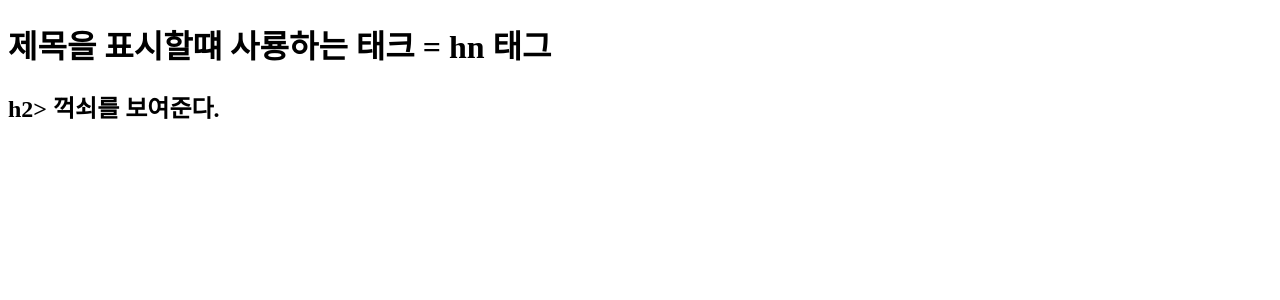
Repository: jaehyeon0418/workspace123
Page: w1024/src/main/webapp/w1024_01.html
These files come from the project's save history. The page is drawn as it stood at one moment and after the next save; the edit follows.
The browser window is 1280 px wide. The pictures show the whole page.

Above is the page before, as saved 2022-10-24 01:33:11.

### w1024/src/main/webapp/w1024_01.html
<!DOCTYPE html>
<html>
<head>
<meta charset="UTF-8">
<title>Insert title here</title>
</head>
<body>
<h1>제목을 표시할떄 사룡하는 태크 = hn 태그 </h1>
<h2> &it;h2&gt; 꺽쇠를 보여준다.</h2>
</body>
</html>

After the next save:
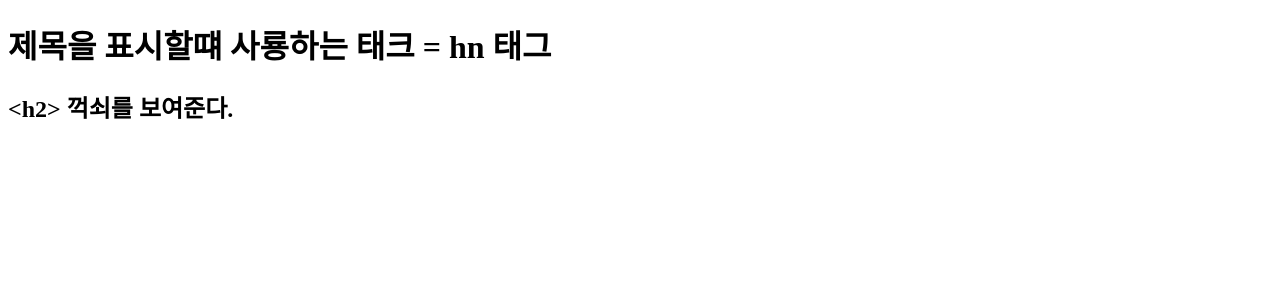
Saved 10 s later.
--- a/w1024/src/main/webapp/w1024_01.html
+++ b/w1024/src/main/webapp/w1024_01.html
@@ -6,6 +6,6 @@
 </head>
 <body>
 <h1>제목을 표시할떄 사룡하는 태크 = hn 태그 </h1>
-<h2> &it;h2&gt; 꺽쇠를 보여준다.</h2>
+<h2> &lt;h2&gt; 꺽쇠를 보여준다.</h2>
 </body>
 </html>
